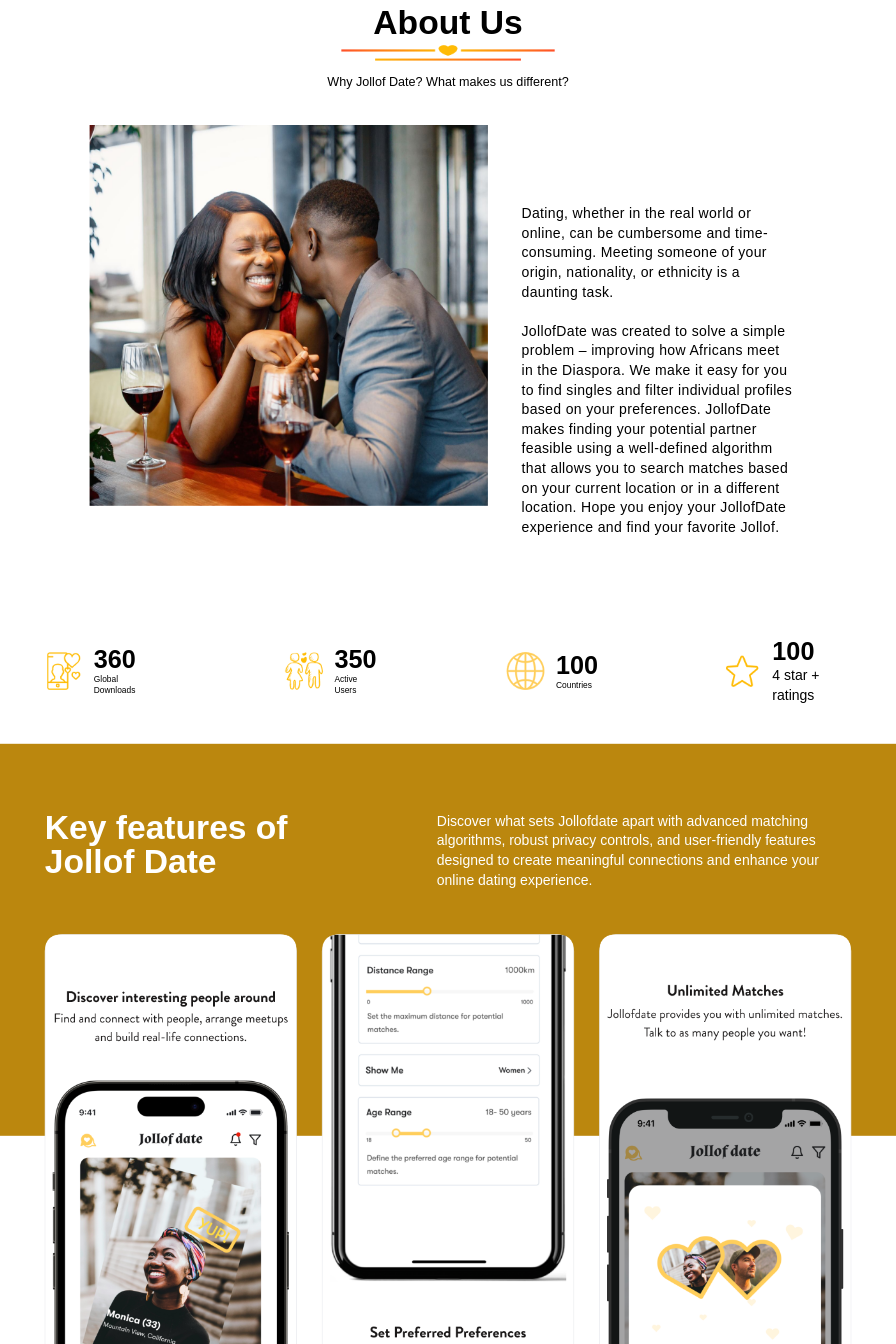
Repository: FarhanNasiru/jollofdate-frontend
Page: /
These files come from the project's save history. The page is drawn as it stood at one moment and after the next save; the edit follows.
The browser window is 1280 px wide. The pictures show the part of the page from y = 1071 to 2991 px (the page is 7448 px tall), at 70% of full size.
Some web fonts or font styles are not loaded; a fallback is used. The project was rebuilt for these pictures with package versions that can differ from the ones it lists, and the page was loaded fresh each time. Also part of the build but not shown: vite.config.js, src/Pages/Footer2.jsx, src/components/Header2.jsx, src/Pages/privacy.jsx, src/Pages/Term.jsx.

Above is the page before, as saved 2024-08-20 09:42:45.

After the next save:
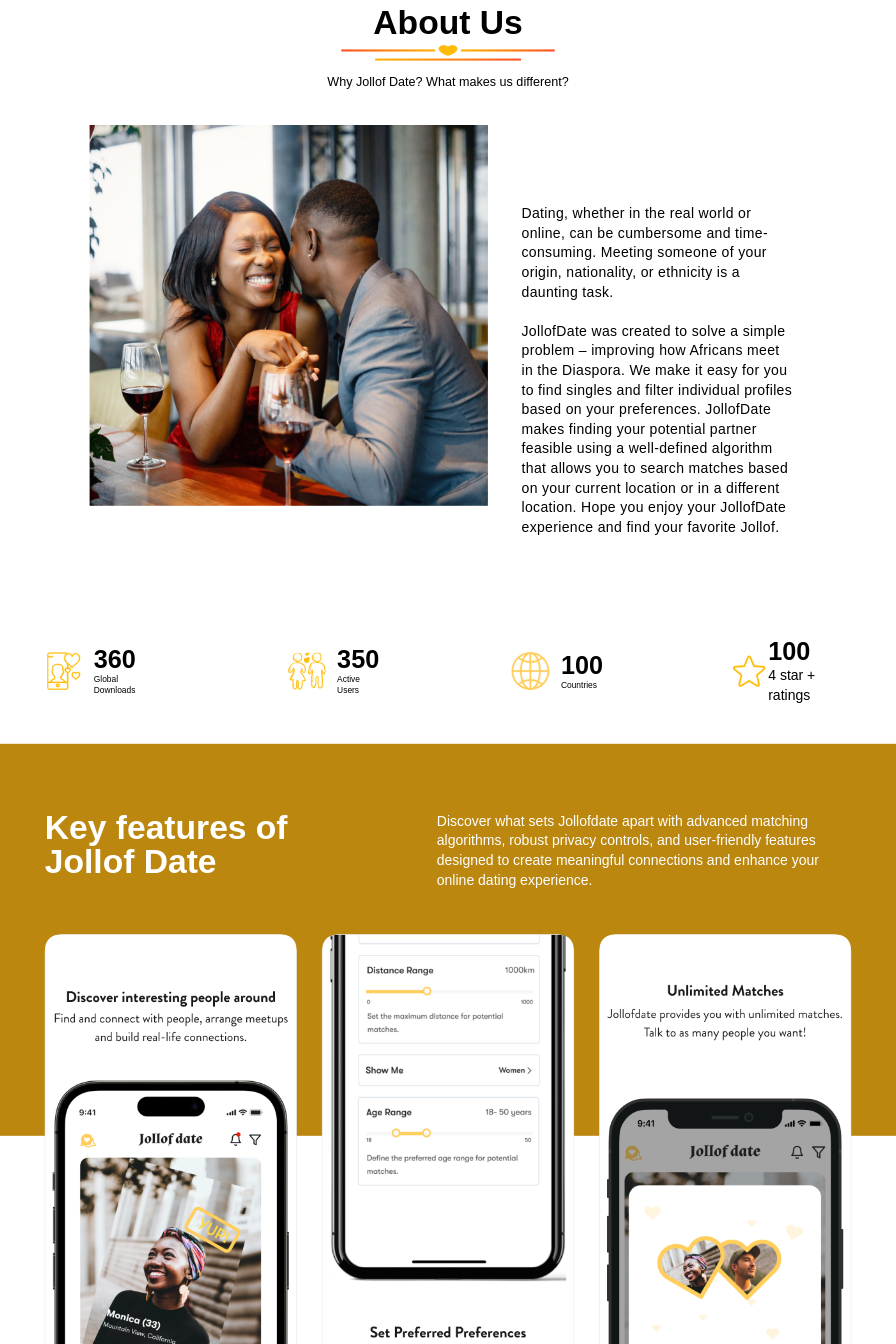
Saved 53 s later.
--- a/src/components/Aboutus.jsx
+++ b/src/components/Aboutus.jsx
@@ -64,7 +64,7 @@
           </div>
 
           <div className="flex items-center">
-            <img src="/Images/Star2.png" alt="Star Icon" className="mr-4" />
+            <img src="/Images/Star2.png" alt="Star Icon" className="" />
             <div className="text-center md:text-left">
               <h1 className="font-bold text-4xl">100</h1>
               <h2 className="text-xs lg:text-xl">4 star + ratings</h2>
